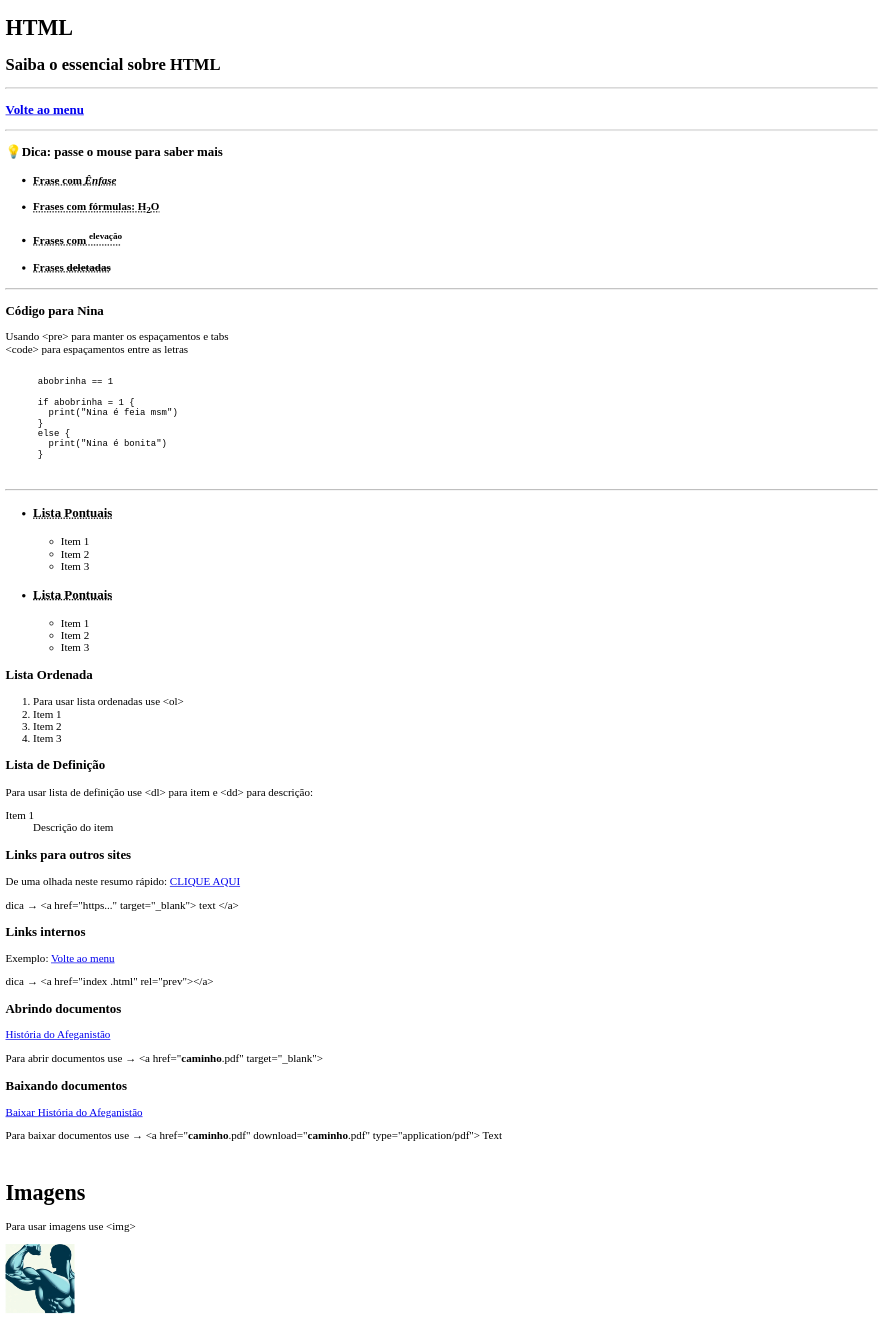
Repository: LuidyOn/Site_Forca_Total
Page: ForçaTotal/sobreHTML.html
These files come from the project's save history. The page is drawn as it stood at one moment and after a run of saves; the edit follows.
The browser window is 1280 px wide. The pictures show the whole page, at 69% of full size.

Above is the page before, as saved 2025-05-15 20:27:09.

After the next 2 saves:
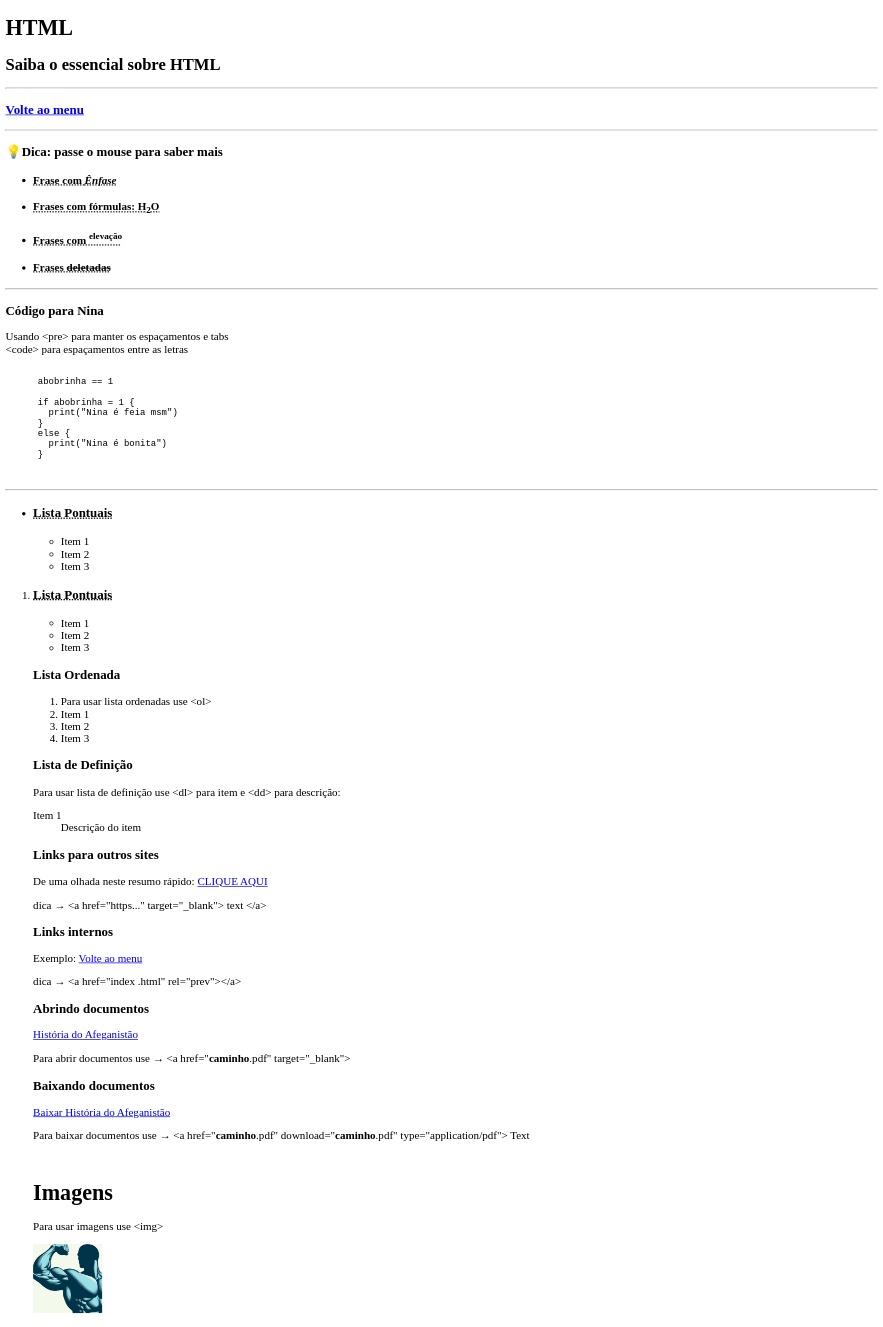
The 2 saves are shown as one change because they came seconds apart.
The last was saved 7 s later.
--- a/ForçaTotal/sobreHTML.html
+++ b/ForçaTotal/sobreHTML.html
@@ -58,7 +58,7 @@
           </ul>
       </ul>
 
-      <ul>
+      <ol>
         <li>
           <h4><abbr title="Para usar lista pontuadas use <ul>"> <h3>Lista Pontuais</h3> </abbr></h4>
         </li>
@@ -67,7 +67,7 @@
             <li>Item 2</li>
             <li>Item 3</li>
           </ul>
-      </ul>
+      </0l>
 
   <h3>Lista Ordenada</h3>
   <ol>
